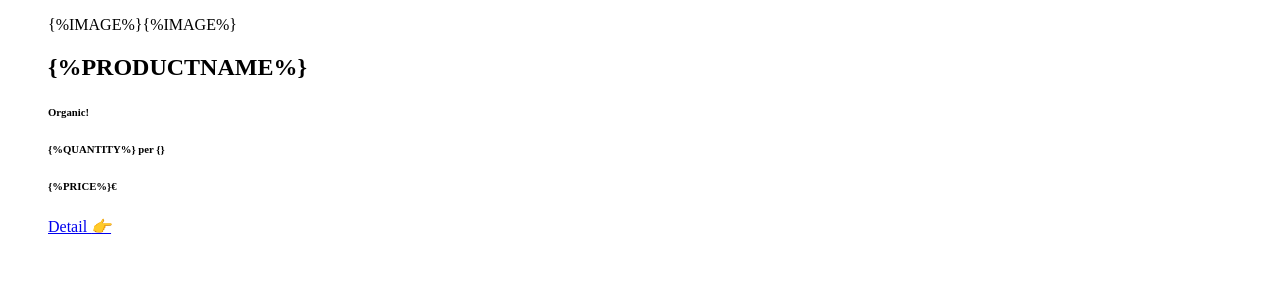
Repository: 13-Joban/Node_Farm_Backend
Page: templates/template-card.html
An editor plug-in stored every save of this project. The page is shown before and after a run of saves, followed by the edit.
The browser window is 1280 px wide. The pictures show the whole page.

Above is the page before, as saved 2022-07-17 09:29:05.

After the next 4 saves:
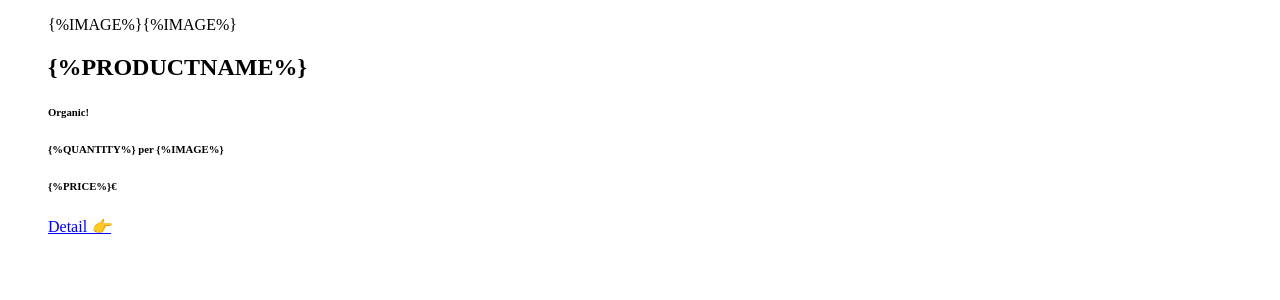
The 4 saves are shown as one change because they came seconds apart.
The last was saved 13 s later.
--- a/templates/template-card.html
+++ b/templates/template-card.html
@@ -11,7 +11,7 @@
       </div>
 
       <div class="card__detail-box">
-        <h6 class="card__detail">{%QUANTITY%}  per {} </h6>
+        <h6 class="card__detail">{%QUANTITY%}  per {%IMAGE%} </h6>
       </div>
 
       <div class="card__detail-box">
